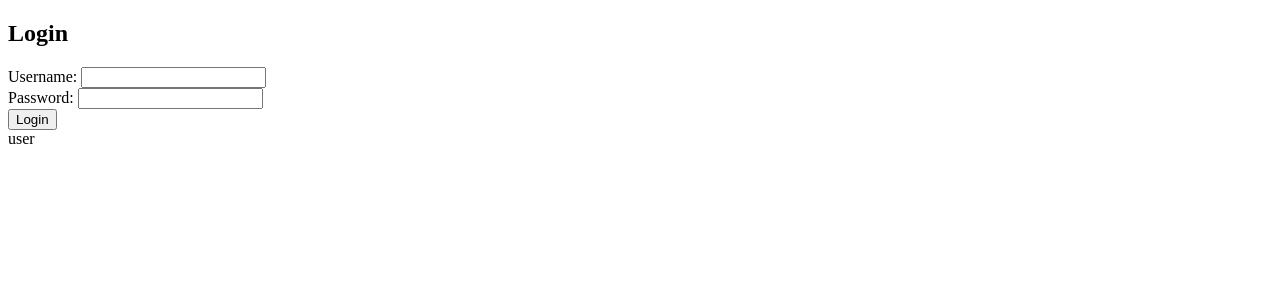
Repository: rohann12/RepairMate
Page: http://localhost/Garage/JSP/login.jsp
These files come from the project's save history. The page is drawn as it stood at one moment and after the next save; the edit follows.
The browser window is 1280 px wide. The pictures show the whole page.
The page is served by Tomcat 9.

Above is the page before, as saved 2023-06-12 04:00:26.

After the next save:
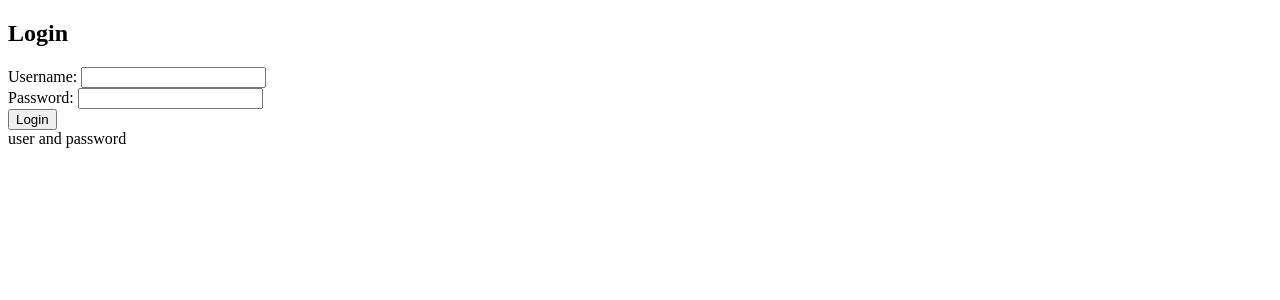
Saved 7 s later.
--- a/Garage/src/main/webapp/JSP/login.jsp
+++ b/Garage/src/main/webapp/JSP/login.jsp
@@ -35,7 +35,7 @@
     	  username = "admin";
     	  password = "admin";
     	  if(username.equals("admin") & password.equals("admin")){
-    		  out.println("user");
+    		  out.println("user and password");
     	  }
       }
      /* boolean isValid = username.equals("admin") && password.equals("admin123");*/
